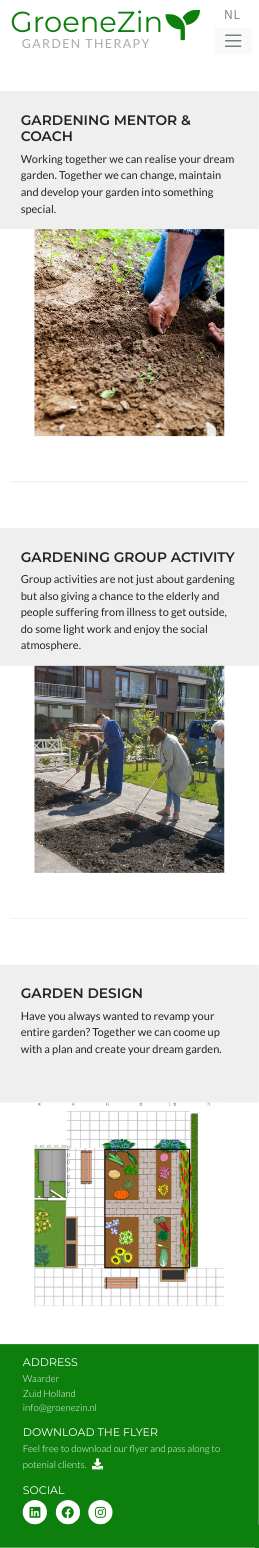
Repository: Sparkplug84/MilestoneProject1
Page: services.html
The author's editor kept a record of every edit. The page is drawn from the files as they stood at one moment, then again after the next edit.
The browser window is 375 px wide. The pictures show the whole page, at 69% of full size.
Some web libraries are served in a nearby version.

Above is the page before.
Console error: TypeError: Cannot read properties of undefined (reading 'fn')

After the next edit:
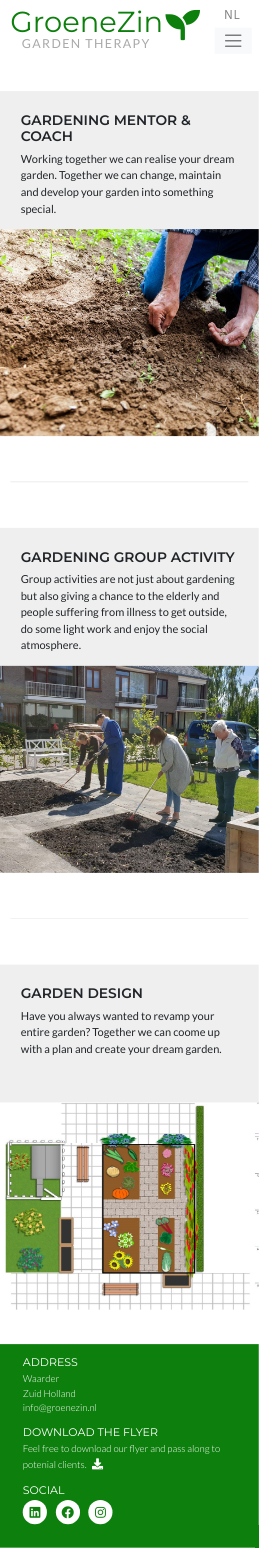
The edit:
--- a/style.css
+++ b/style.css
@@ -447,7 +447,7 @@
         margin: 0 auto;
     }
     .photo-section {
-        padding: 0px 50px 50px 50px;
+        padding: 0px 0px 50px 0px;
         margin: 0 auto;
     }
     .services-sub {
